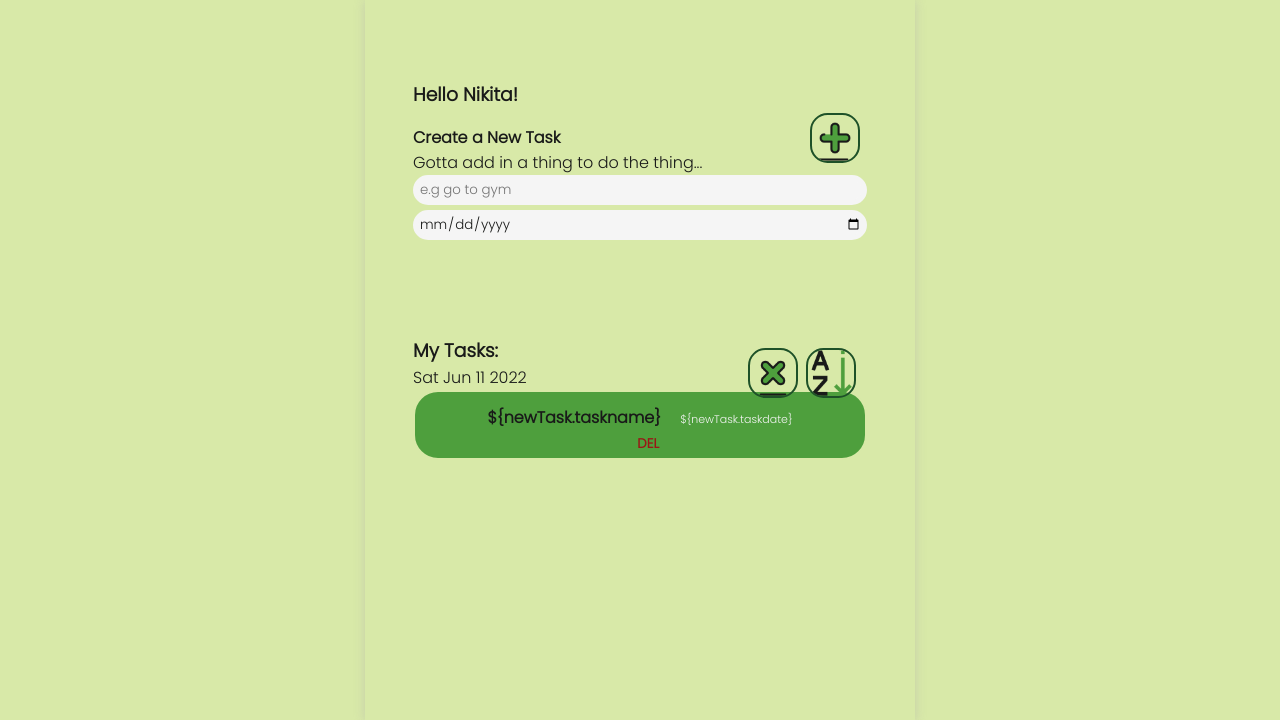
Repository: acidpixie/todo-app-version3
Page: index.html
These files come from the project's save history. The page is drawn as it stood at one moment and after the next save; the edit follows.
The browser window is 1280 px wide. The pictures show the whole page.

Above is the page before, as saved 2022-06-11 22:45:56.

### index.html
<!DOCTYPE html>
<html lang="en">
<head>
    <meta charset="UTF-8">
    <meta http-equiv="X-UA-Compatible" content="IE=edge">
    <meta name="viewport" content="width=device-width, initial-scale=1.0">
    <title>Todo Application</title>

    <link rel="stylesheet" type="text/css" href="/css/stylesheet.css">
    <script type="text/javascript" src="/js/script.js" defer></script>

    <!--google fonts - poppins-->
    <link rel="preconnect" href="https://fonts.googleapis.com">
    <link rel="preconnect" href="https://fonts.gstatic.com" crossorigin>
    <link href="https://fonts.googleapis.com/css2?family=Poppins:wght@200;300&display=swap" rel="stylesheet">


</head>
<body>

    <section>
        <header class="heading">
        <h3>Hello&nbsp;<div contenteditable="true">Nikita!</div></h3>
        </header>

        <div>
            <h4>Create a New Task</h4>
            <form>
                <label>Gotta add in a thing to do the thing...</label>
                <input type="text" class="user-input" id="input-task" placeholder="e.g go to gym">
                <p id="empty-input" class="empty-input"></p>
                <input type="date" class="user-date" id="input-date">
                <img src="/images/add.png" type="submit" class="add-new-task" id="add-new-task-button"></img>
                </label>
            </form>
       </div>
    </section>

    <section>
        <div id="display-tasks" class="display">
            <h3>My Tasks:</h3>
            <span class="title-date" id="title-date"></span>
            <ul class="task-item" id="task-list">
                <li class="list-item" id="list-item" data-id="${newTask.taskId}">

                    <div class="list-container" id="lists-container">
                        <span class="list-input" id="list-input" contenteditable="true">${newTask.taskname}</span>
                        <span class="list-date-input" id="list-date-input" contenteditable="true">${newTask.taskdate}</span>
                    </div>
                    <div class="list-buttons">
                        <button class="edit-item" id="edit-item"></button>
                        <button class="delete-item" id="delete-item">DEL</button>
                    </div>

                </li>
            </ul>
        </div>
    </section>

    <section class="user-buttons" id="buttons-user">
        <img src="/images/delete.png" class="user-button" id="clear-button"></img>
        <img src="/images/sort-a-z.png" class="user-button" id="sort-button"></img>
    </section>


</body>
</html>

### css/stylesheet.css
/*color pallet
#191A19 - black
#1E5128 - dark green
#4E9F3D - light green
#D8E9A8 - whitish green gray
#f5f5f5 - white smoke
*/



* {
    box-sizing: border-box;
    font-family: "poppins", sans-serif;
    margin: 0;
}

body {
    background-color: #D8E9A8;
    color: #191A19;
    max-width: 550px;
    min-height: 100vh;
    margin: auto;
    box-shadow: 0 1px 10px 0px rgba(176, 173, 173, 0.467);
    position: relative;
}


section {
    padding: 3rem;
}

.heading {
    padding-top: 2rem;
    padding-bottom: 1rem;
}

form {
    display: flex;
    flex-direction: column;
}

input {
    height: 30px;
    border: solid 5px #f5f5f5;
    color: #191A19;
    background-color: #f5f5f5;
    border-radius: 25px;
}

.user-date {
    margin-top: 5px;
}

li {
    display: flex;
    flex-direction: row;
    padding-left: 0;
    padding-top: 10px;
    list-style: none;
}

ul{
    margin: 0;
    padding: 0;
}

li {
    display: flex;
    flex-direction: column;
    justify-content: center;
    height: 70px;
    width: auto;
    background-color: #4E9F3D ;
    border: solid 2px #D8E9A8;
    border-radius: 25px;
    align-items: center;
}

.edit-item {
    font-size: 8px;
    background-color: transparent;
    border: none;
    color: #D8E9A8;
    cursor: pointer;
}

.delete-item {
    background-color: transparent ;
    border: none;
    color: #9a1616;
    font-weight: 600;
    cursor: pointer;
}


.user-buttons {
    display: flex;
    flex-direction: row;
    gap: 8px;
    position: absolute;
    bottom: 38%;
    right: 2%;
}

.user-button {
    display: flex;
    height: 50px;
    width: 50px;
    gap: 10px;
    border: solid 2px #1E5128;
    border-radius: 35%;
    cursor: pointer;

}

.add-new-task {
    height: 50px;
    width: 50px;
    margin-top: 5px;
    position: absolute;
    top: 15%;
    right: 10%;
    background-color: none;
    border: solid 2px #1E5128;
    border-radius: 35%;
    cursor: pointer;

}

.completed-task {
    text-decoration: line-through;
  }

.completed {
    filter: opacity(50%);
  }

.list-date-input {
    font-size: 11px;
    color: #f5f5f5 ;
    padding-left: 15px;

}

.list-input {
    font-weight: 600;
}

h3 {
    display: flex;
}

.empty-input {
    display: flex;
    justify-content: center;
    font-size: 12px;
    color: #9a1616;
}

### js/script.js
let date = new Date();
let dateHeader = date.toDateString();

const dateToday = document.getElementById('title-date');
dateToday.innerHTML = dateHeader;

const LOCAL_STORAGE_APP_KEY = "todo-app-storage-key";

//input variables
let taskInput = document.getElementById("input-task");
let taskInputDate = document.getElementById("input-date");
const taskInputSubmit = document.getElementById("add-new-task-button");
const emptyInput= document.getElementById("empty-input");

const taskList = document.getElementById("task-list");

const clearTaskList = document.getElementById("clear-button");
const sortTaskList = document.getElementById("sort-button");

let editInputTask = "";
let editInputDate = "";
let editId = "";
let isEdit = false;

let taskArray = [];

class Task {
    constructor(taskid, taskname, taskdate) {
        this._taskid = taskid;
        this._taskname = taskname;
        this._taskdate = taskdate;
    }

    get taskid() {
        return this._taskid;
      }

      set taskid(newTaskId) {
        this._taskid = newTaskId;
      }

      get taskname() {
        return this._taskname;
      }

      set taskname(newTaskName) {
        this._taskname = newTaskName;
      }

      get taskdate() {
        return this._taskdate;
      }

      set taskdate(newTaskDate) {
        this._taskdate = newTaskDate;
      }
    }

    //event listeners

    taskInputSubmit.addEventListener("click", addTask);
    clearTaskList.addEventListener("click", clearTasks);
    sortTaskList.addEventListener("click", sortTasks);

    //function to add in a new task

    function addTask(e) {
        e.preventDefault();

        let userInput = document.getElementById("input-task").value;
        let userInputDate = document.getElementById("input-date").value;

        let newTaskId = new Date().getTime().toString();
        let userInputTask = userInput.charAt(0).toUpperCase() + userInput.slice(1);

        emptyInput.innerHTML= "";

        if (userInputTask !== "" && !isEdit) {
            let newTask = new Task(newTaskId, userInputTask, userInputDate);
            taskArray.push(newTask);

            const listElement = document.createElement("li");
            listElement.classList.add("list-item");
            const attr = document.createAttribute("data-id");
            attr.value = newTaskId;
            listElement.setAttributeNode(attr);

            //template literal to add in list inputs
            listElement.innerHTML = `
            <div class="list-container">
            <span class="list-input" id="list-input" contenteditable="true">${newTask.taskname}</span>
            <span class="list-date-input" id="list-date-input" contenteditable="true">${newTask.taskdate}</span>
            </div>
            <div class="list-buttons">
            <button class="edit-item" id="edit-item"></button>
            <button class="delete-item" id="delete-item">DEL</button>
            </div>
            `;

            //variables and event listeners for buttons in new li element created
            const taskContent = listElement.querySelector(".list-container");
            const deleteButton = listElement.querySelector(".delete-item");
            const editButton = listElement.querySelector(".edit-item");

           deleteButton.addEventListener("click", deleteTask);
           editButton.addEventListener("click", editTask);

            taskList.appendChild(listElement);

            taskContent.addEventListener("dblclick", function(){
                taskContent.classList.toggle("completed-task");
                listElement.classList.toggle("completed");
            });

            saveToLocalStorage();
            setToDefault();

        } else if (userInputTask !== "" && isEdit) {
            editInputTask.innerHTML = userInputTask;
            editInputDate.innerHTML = userInputDate;

            setToDefault();

        } else if (userInputTask === "") {
            emptyInput.innerHTML = "task input cannot be blank";
        } else {
            emptyInput.innerHTML = "";
        }
    }

    // clear tasks

    function clearTasks() {
        const allTasks = document.querySelectorAll(".list-item");

        if (allTasks.length > 0) {
            allTasks.forEach(function (listItem) {
                taskList.removeChild(listItem);
            });

            setToDefault();
            localStorage.removeItem("todo-app-storage-key");
        }
    }

    //sort tasks a-z

    function sortTasks() {
        [...taskList.children]
        .sort((a, b) => (a.innerText > b.innerText ? 1 : -1))
        .forEach((node) => taskList.appendChild(node));
    }

    //delete tasks

    function deleteTask(event) {
        let element = event.currentTarget.parentElement.parentElement;
        const id = element.dataset.id;
        taskList.removeChild(element);

        setToDefault()
    }

    // edit tasks

 //  function editTask(event) {
 //   let element = event.currentTarget.parentElement.parentElement;
 //   const attrE = document.createAttribute("contenteditable");
 //   attrE.value = true;
 //   element.setAttributeNode(attrE);

 //   editId = element.dataset.id;
 //   isEdit = true;


 function editTask(button) {
    let x = document.getElementById("list-input");
    if (x.contentEditable == "true") {
        x.contentEditable = "false"; button.innerHTML = "SAVE";
    } else {x.contentEditable = "true"; button.innerHTML = "EDIT";
}

 }



    function setToDefault() {
        taskInput.value = "";
        taskInputDate.value = "";
        isEdit = false;
        editId = "";
    }

    function saveToLocalStorage() {
        taskArray = JSON.stringify(taskArray);
        localStorage.setItem(LOCAL_STORAGE_APP_KEY, taskArray);
        taskArray = JSON.parse(localStorage.getItem(LOCAL_STORAGE_APP_KEY));
    }

After the next save:
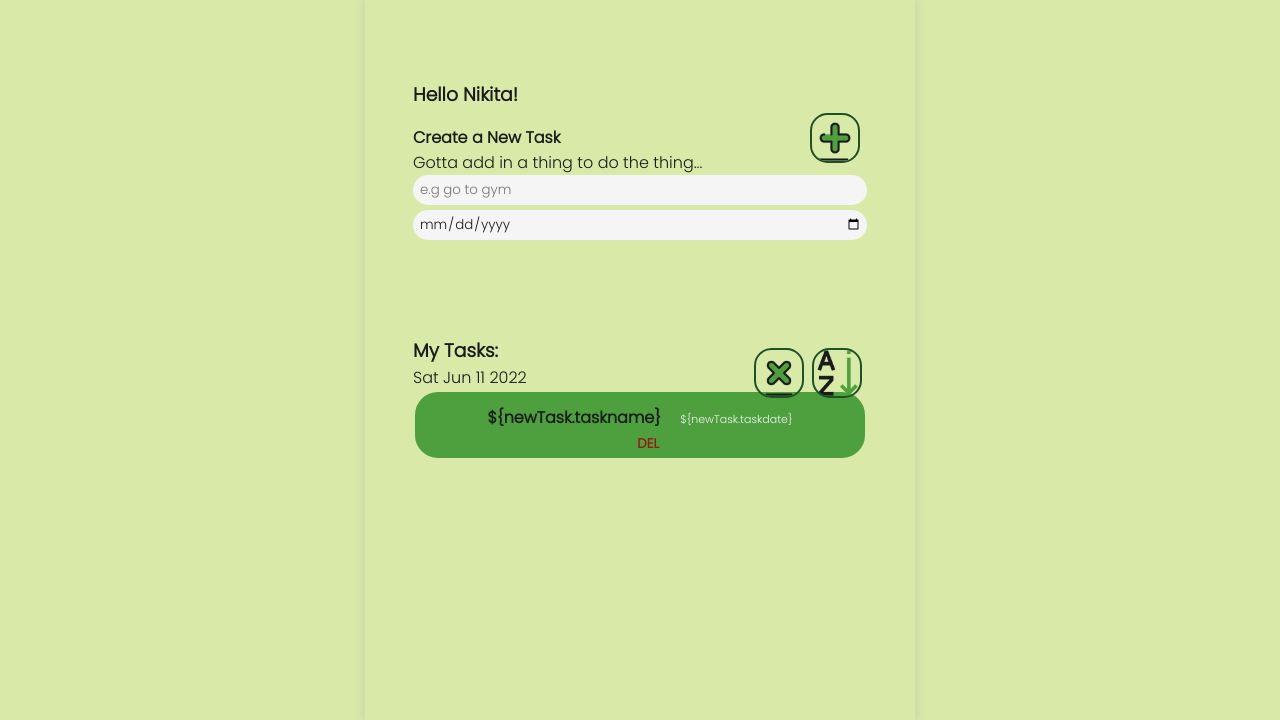
Saved 5 s later.
--- a/css/stylesheet.css
+++ b/css/stylesheet.css
@@ -99,7 +99,7 @@ li {
     gap: 8px;
     position: absolute;
     bottom: 38%;
-    right: 2%;
+    right: 1%;
 }
 
 .user-button {
